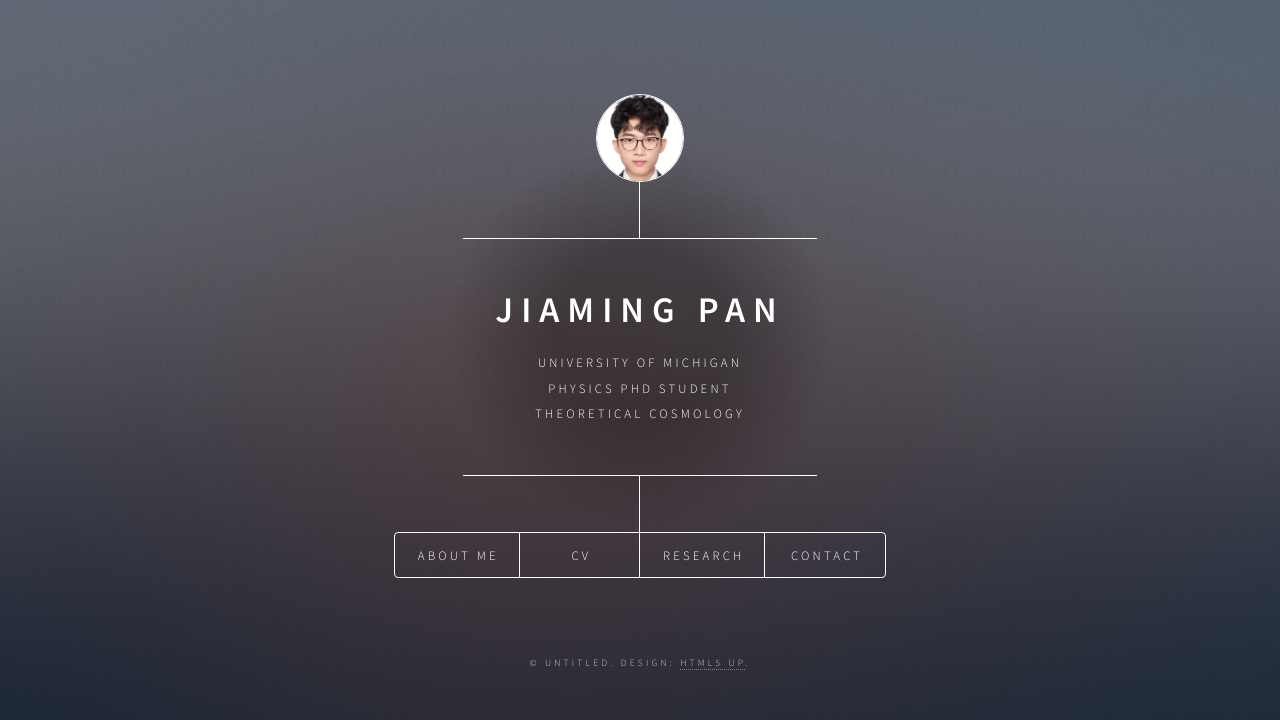
Repository: JiamingPan/JiamingPan.github.io
Page: index.html
The author's editor kept a copy of each file at every save. The page is drawn from the files as they stood at one save, then again after the next save.
The browser window is 1280 px wide. The pictures show the whole page.

Above is the page before, as saved 2025-09-25 11:10:21.

### index.html
<!DOCTYPE HTML>
<!--
	Dimension by HTML5 UP
	html5up.net | @ajlkn
	Free for personal and commercial use under the CCA 3.0 license (html5up.net/license)
-->
<html>
	<head>
		<title>Jiaming Pan: Home</title>
		<meta charset="utf-8" />
		<meta name="viewport" content="width=device-width, initial-scale=1, user-scalable=no" />
		<link rel="stylesheet" href="assets/css/main.css" />
		<noscript><link rel="stylesheet" href="assets/css/noscript.css" /></noscript>
	</head>
	<body class="is-preload">

		<!-- Wrapper -->
			<div id="wrapper">

				<!-- Header -->
					<header id="header">
						<div class="logo">
							<img src="images/Me pic.JPG" alt="Your Logo" />
						</div>
						<div class="content">
							<div class="inner">
								<h1>Jiaming Pan</h1>
								<p>University of Michigan <br />  Physics PhD Student  <br />
									Theoretical Cosmology
								</p>


							</div>
						</div>
						<nav>
							<ul>
								<li><a href="#Aboutme">About Me</a></li>
								<li><a href="#CV">CV</a></li>
								<li><a href="#Research">Research</a></li>
								<li><a href="#contact">Contact</a></li>
								<!--<li><a href="#elements">Elements</a></li>-->
							</ul>
						</nav>
					</header>

				<!-- Main -->
					<div id="main">

						<!-- Aboutme -->
							<article id="Aboutme">
								<h2 class="major">About me</h2>
								  <span class="image main"><img src="images/physics-logo.png" alt="" /></span>
								<p>I am a Ph.D. student in the <a href="https://lsa.umich.edu/physics">Physics Department</a> at the <a href="https://umich.edu/">University of Michigan</a>. My research interest is in theoretical cosmology, with a particular emphasis on both data-driven cosmology and the construction and investigation of cosmological models. My advisors are Prof. Dragan Huterer and Prof. Camille Avestruz. </p>
								<p>I got my bachelor degree from University of Michigan, where I pursued a double major in Physics and Astrophysics, with a minor in Philosophy. I am broadly interested in understanding the origin of the universe. In particular, I work on both theoretical and observational perspectives to uncover the nature of dark energy. </p>
							</article>

						<!-- CV -->
							<article id="CV">
								<h2 class="major">CV</h2>
								<a href="https://drive.google.com/file/d/15eFFgWY3n-uuGL2tmKoWBAbIljUcLh3w/view?usp=sharing">Curriculum Vitae</a>
								<p></p>
								<p></p>
							</article>

						<!-- Research -->
							<article id="Research">
								<h2 class="major">Research</h2>
								<section>
									<h3>Current Work</h3>
								<p>Currently, I am working on initial conditions of Horndeski theory and the study of dark sirens. Additionally, I am actively involving with data analysis in the<a href="https://www.desi.lbl.gov/"> Dark Energy Spectroscopic Instrument (DESI)</a> survey collobraiton. I contributed to the cosmological parameter estimation in DESI. </p>

								<hr />
								<section>
									<h3>BAO Analysis in Modified-Gravity Models</h3>
									<p>I have studied the robustness of the standard baryon acoustic oscillations (BAO) analysis in the modified-gravity (Horndeski) models. Our findings showed negligible bias in the BAO compression analysis when applied to data in the modified-gravity models.</p>

									<span class="image main"><img src="images/Fig4_contours.jpg" alt="" /></span>
									<p> <strong>J. PAN</strong>, D. Huterer, F. Andrade-Oliveira and C. Avestruz, Compressed baryon acoustic oscillation
										analysis is robust to modified-gravity models, <a href="https://iopscience.iop.org/article/10.1088/1475-7516/2024/06/051"> J. Cosmology Astropart. Phys. (2024) 051</a> <a href="https://arxiv.org/abs/2312.05177">[2312.05177]</a>.  </p>
								<hr />
								<section>
									<h3>Star Clusters</h3>
									<p>I have worked on star clusters with Prof. Eric Bell. We've investigated the M81 globular cluster system. We found evidence for coherent velocity structure in its system, with a number of clusters clearly being associated with the accretion of M82 into the M81 group.</p>
																	</p>
								<span class="image main"><img src="images/M81_veolocity.jpeg" alt="" /></span>
									<p> <strong>J. PAN</strong>, E. F. Bell, A. Smercina, P. Price, C. T. Slater, J. Bailin et al., New globular cluster candidates in the M81 group, <a href="https://academic.oup.com/mnras/article/515/1/48/6609502?login=true">MNRAS 515 (2022) 48</a> <a href="https://arxiv.org/abs/2206.07251">[2206.07251]</a>.  </p>

								<hr />
								<section>
									<h3>Solar System Objects</h3>

								<p>  I've wroked with Prof. David Gerdes and Dr. Ed Lin in the study of Jupiter Trojans. We found Trojans' colors become less red with fainter
									absolute magnitudes in the Dark Energy Survey data, further supporting the color-size correlation. </p>
								<span class="image main"><img src="images/Trojans_colors.jpg" alt="" /></span>
								 <strong>J. PAN</strong>, H. W. Lin, D. W. Gerdes, K. J. Napier, J. Wang, T. M. C. Abbott et al., Photometric Properties of Jupiter Trojans
									Detected by the Dark Energy Survey, <a href="https://iopscience.iop.org/article/10.3847/PSJ/aca4d1">PSJ 3 (2022) 269</a>.
									  </p>
							</article>

						<!-- Contact -->
							<article id="contact">
								<h2 class="major">Contact</h2>
								<!-- Action updated to point to a PHP script -->
								<form method="post" action="sendEmail.php">
									<div class="fields">
										<div class="field half">
											<label for="name">Name</label>
											<input type="text" name="name" id="name" required />
										</div>
										<div class="field half">
											<label for="email">Email</label>
											<input type="email" name="email" id="email" required />
										</div>
										<div class="field">
											<label for="message">Message</label>
											<textarea name="message" id="message" rows="4" required></textarea>
										</div>
									</div>
									<ul class="actions">
										<li><input type="submit" value="Send Message" class="primary" /></li>
										<li><input type="reset" value="Reset" /></li>
									</ul>
								</form>
								<!-- Your existing social links here -->
							</article>


						<!-- Elements -->
							<article id="elements">
								<h2 class="major">Elements</h2>

								<section>
									<h3 class="major">Text</h3>
									<p>This is <b>bold</b> and this is <strong>strong</strong>. This is <i>italic</i> and this is <em>emphasized</em>.
									This is <sup>superscript</sup> text and this is <sub>subscript</sub> text.
									This is <u>underlined</u> and this is code: <code>for (;;) { ... }</code>. Finally, <a href="#">this is a link</a>.</p>
									<hr />
									<h2>Heading Level 2</h2>
									<h3>Heading Level 3</h3>
									<h4>Heading Level 4</h4>
									<h5>Heading Level 5</h5>
									<h6>Heading Level 6</h6>
									<hr />
									<h4>Blockquote</h4>
									<blockquote>Fringilla nisl. Donec accumsan interdum nisi, quis tincidunt felis sagittis eget tempus euismod. Vestibulum ante ipsum primis in faucibus vestibulum. Blandit adipiscing eu felis iaculis volutpat ac adipiscing accumsan faucibus. Vestibulum ante ipsum primis in faucibus lorem ipsum dolor sit amet nullam adipiscing eu felis.</blockquote>
									<h4>Preformatted</h4>
									<pre><code>i = 0;

while (!deck.isInOrder()) {
    print 'Iteration ' + i;
    deck.shuffle();
    i++;
}

print 'It took ' + i + ' iterations to sort the deck.';</code></pre>
								</section>

								<section>
									<h3 class="major">Lists</h3>

									<h4>Unordered</h4>
									<ul>
										<li>Dolor pulvinar etiam.</li>
										<li>Sagittis adipiscing.</li>
										<li>Felis enim feugiat.</li>
									</ul>

									<h4>Alternate</h4>
									<ul class="alt">
										<li>Dolor pulvinar etiam.</li>
										<li>Sagittis adipiscing.</li>
										<li>Felis enim feugiat.</li>
									</ul>

									<h4>Ordered</h4>
									<ol>
										<li>Dolor pulvinar etiam.</li>
										<li>Etiam vel felis viverra.</li>
										<li>Felis enim feugiat.</li>
										<li>Dolor pulvinar etiam.</li>
										<li>Etiam vel felis lorem.</li>
										<li>Felis enim et feugiat.</li>
									</ol>
									<h4>Icons</h4>
									<ul class="icons">
										<li><a href="#" class="icon brands fa-twitter"><span class="label">Twitter</span></a></li>
										<li><a href="#" class="icon brands fa-facebook-f"><span class="label">Facebook</span></a></li>
										<li><a href="#" class="icon brands fa-instagram"><span class="label">Instagram</span></a></li>
										<li><a href="#" class="icon brands fa-github"><span class="label">Github</span></a></li>
									</ul>

									<h4>Actions</h4>
									<ul class="actions">
										<li><a href="#" class="button primary">Default</a></li>
										<li><a href="#" class="button">Default</a></li>
									</ul>
									<ul class="actions stacked">
										<li><a href="#" class="button primary">Default</a></li>
										<li><a href="#" class="button">Default</a></li>
									</ul>
								</section>

								<section>
									<h3 class="major">Table</h3>
									<h4>Default</h4>
									<div class="table-wrapper">
										<table>
											<thead>
												<tr>
													<th>Name</th>
													<th>Description</th>
													<th>Price</th>
												</tr>
											</thead>
											<tbody>
												<tr>
													<td>Item One</td>
													<td>Ante turpis integer aliquet porttitor.</td>
													<td>29.99</td>
												</tr>
												<tr>
													<td>Item Two</td>
													<td>Vis ac commodo adipiscing arcu aliquet.</td>
													<td>19.99</td>
												</tr>
												<tr>
													<td>Item Three</td>
													<td> Morbi faucibus arcu accumsan lorem.</td>
													<td>29.99</td>
												</tr>
												<tr>
													<td>Item Four</td>
													<td>Vitae integer tempus condimentum.</td>
													<td>19.99</td>
												</tr>
												<tr>
													<td>Item Five</td>
													<td>Ante turpis integer aliquet porttitor.</td>
													<td>29.99</td>
												</tr>
											</tbody>
											<tfoot>
												<tr>
													<td colspan="2"></td>
													<td>100.00</td>
												</tr>
											</tfoot>
										</table>
									</div>

									<h4>Alternate</h4>
									<div class="table-wrapper">
										<table class="alt">
											<thead>
												<tr>
													<th>Name</th>
													<th>Description</th>
													<th>Price</th>
												</tr>
											</thead>
											<tbody>
												<tr>
													<td>Item One</td>
													<td>Ante turpis integer aliquet porttitor.</td>
													<td>29.99</td>
												</tr>
												<tr>
													<td>Item Two</td>
													<td>Vis ac commodo adipiscing arcu aliquet.</td>
													<td>19.99</td>
												</tr>
												<tr>
													<td>Item Three</td>
													<td> Morbi faucibus arcu accumsan lorem.</td>
													<td>29.99</td>
												</tr>
												<tr>
													<td>Item Four</td>
													<td>Vitae integer tempus condimentum.</td>
													<td>19.99</td>
												</tr>
												<tr>
													<td>Item Five</td>
													<td>Ante turpis integer aliquet porttitor.</td>
													<td>29.99</td>
												</tr>
											</tbody>
											<tfoot>
												<tr>
													<td colspan="2"></td>
													<td>100.00</td>
												</tr>
											</tfoot>
										</table>
									</div>
								</section>

								<section>
									<h3 class="major">Buttons</h3>
									<ul class="actions">
										<li><a href="#" class="button primary">Primary</a></li>
										<li><a href="#" class="button">Default</a></li>
									</ul>
									<ul class="actions">
										<li><a href="#" class="button">Default</a></li>
										<li><a href="#" class="button small">Small</a></li>
									</ul>
									<ul class="actions">
										<li><a href="#" class="button primary icon solid fa-download">Icon</a></li>
										<li><a href="#" class="button icon solid fa-download">Icon</a></li>
									</ul>
									<ul class="actions">
										<li><span class="button primary disabled">Disabled</span></li>
										<li><span class="button disabled">Disabled</span></li>
									</ul>
								</section>

								<section>
									<h3 class="major">Form</h3>
									<form method="post" action="#">
										<div class="fields">
											<div class="field half">
												<label for="demo-name">Name</label>
												<input type="text" name="demo-name" id="demo-name" value="" placeholder="Jane Doe" />
											</div>
											<div class="field half">
												<label for="demo-email">Email</label>
												<input type="email" name="demo-email" id="demo-email" value="" placeholder="jane@untitled.tld" />
											</div>
											<div class="field">
												<label for="demo-category">Category</label>
												<select name="demo-category" id="demo-category">
													<option value="">-</option>
													<option value="1">Manufacturing</option>
													<option value="1">Shipping</option>
													<option value="1">Administration</option>
													<option value="1">Human Resources</option>
												</select>
											</div>
											<div class="field half">
												<input type="radio" id="demo-priority-low" name="demo-priority" checked>
												<label for="demo-priority-low">Low</label>
											</div>
											<div class="field half">
												<input type="radio" id="demo-priority-high" name="demo-priority">
												<label for="demo-priority-high">High</label>
											</div>
											<div class="field half">
												<input type="checkbox" id="demo-copy" name="demo-copy">
												<label for="demo-copy">Email me a copy</label>
											</div>
											<div class="field half">
												<input type="checkbox" id="demo-human" name="demo-human" checked>
												<label for="demo-human">Not a robot</label>
											</div>
											<div class="field">
												<label for="demo-message">Message</label>
												<textarea name="demo-message" id="demo-message" placeholder="Enter your message" rows="6"></textarea>
											</div>
										</div>
										<ul class="actions">
											<li><input type="submit" value="Send Message" class="primary" /></li>
											<li><input type="reset" value="Reset" /></li>
										</ul>
									</form>
								</section>

							</article>

					</div>

				<!-- Footer -->
					<footer id="footer">
						<p class="copyright">&copy; Untitled. Design: <a href="https://html5up.net">HTML5 UP</a>.</p>
					</footer>

			</div>

		<!-- BG -->
			<div id="bg"></div>

		<!-- Scripts -->
			<script src="assets/js/jquery.min.js"></script>
			<script src="assets/js/browser.min.js"></script>
			<script src="assets/js/breakpoints.min.js"></script>
			<script src="assets/js/util.js"></script>
			<script src="assets/js/main.js"></script>

	</body>
</html>

Loaded but not shown: assets/js/jquery.min.js (library); assets/js/browser.min.js (common file); assets/js/breakpoints.min.js (common file); assets/css/fontawesome-all.min.css (library); assets/js/util.js (587 lines, source omitted); assets/js/main.js (401 lines, source omitted); assets/css/main.css (1683 lines, source omitted)

After the next save:
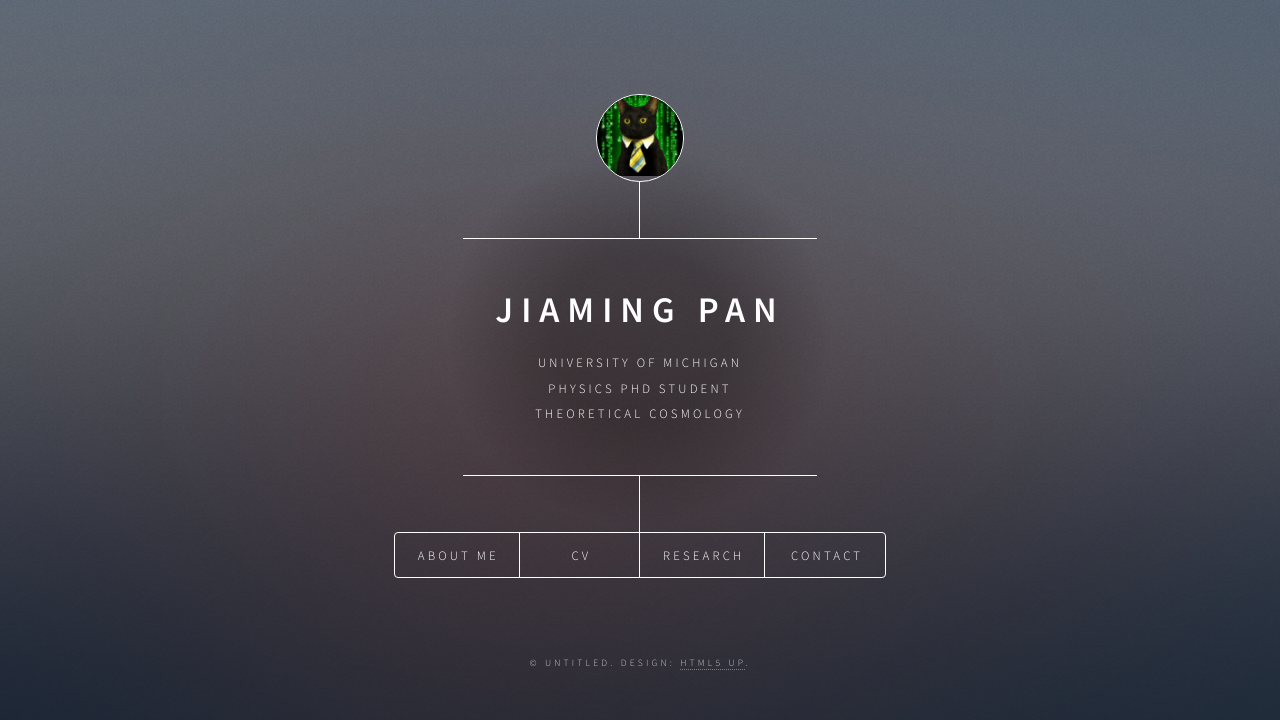
Saved 10 days later.
--- a/index.html
+++ b/index.html
@@ -20,7 +20,7 @@
 				<!-- Header -->
 					<header id="header">
 						<div class="logo">
-							<img src="images/Me pic.JPG" alt="Your Logo" />
+							<img src="images/105fef.jpg" alt="Your Logo" />
 						</div>
 						<div class="content">
 							<div class="inner">
